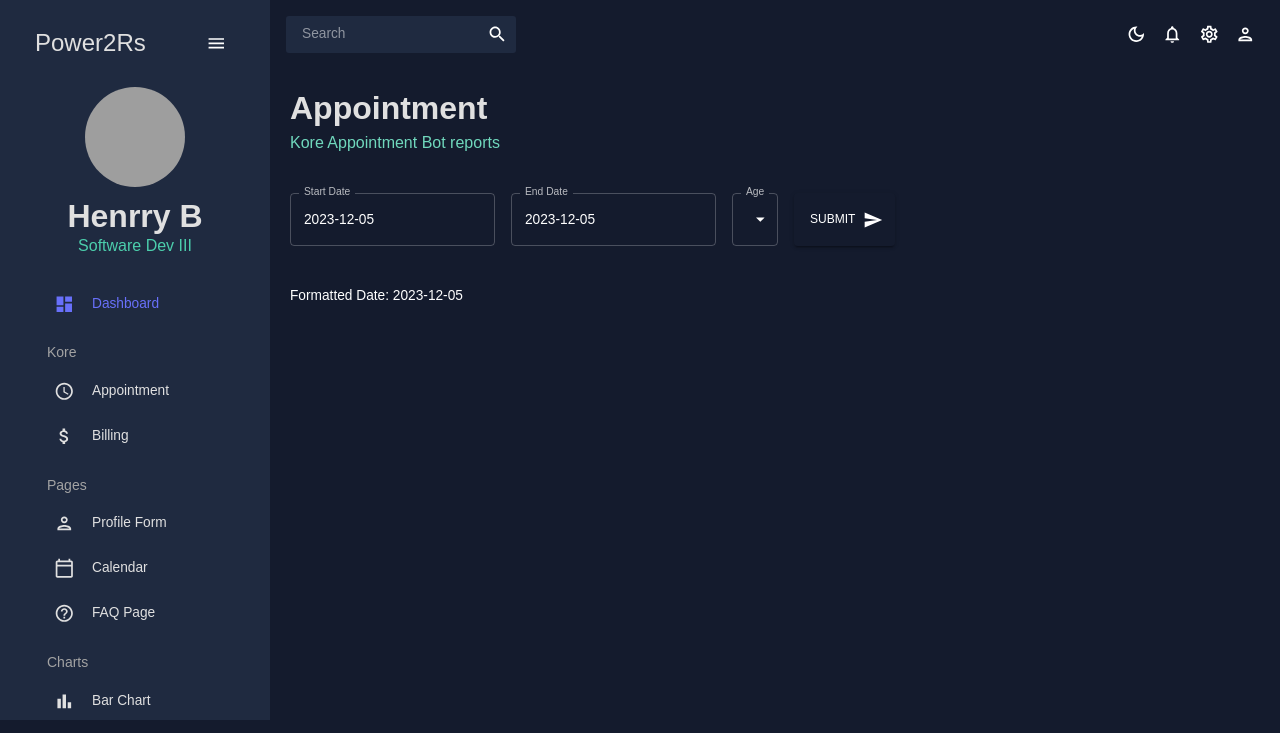
Repository: HenrryWith2Rs/reporthub
Page: /kore/appt (app in ui/)
The author's editor kept a copy of each file at every save. The page is drawn from the files as they stood at one save, then again after the next save.
The browser window is 1280 px wide. The pictures show the whole page.
Pictures or frames that could not be fetched are drawn as grey boxes. The project was rebuilt for these pictures with package versions that can differ from the ones it lists, and the page was loaded fresh each time. Also part of the build but not shown: ui/vite.config.ts, ui/src/data/mockData.ts, ui/src/components/LineChart.tsx, ui/src/data/mockGeoFeatures.ts, ui/src/components/GeographyChart.tsx, ui/src/data/dataParser.ts, ui/src/components/BarChart.tsx, ui/src/components/ProgressCircle.tsx and 7 more.

Above is the page before, as saved 2023-12-06 19:11:29.

### ui/src/main.tsx
import React from 'react';
import ReactDOM from 'react-dom/client';
import { BrowserRouter } from 'react-router-dom';
import App from './App.tsx';
import './index.css';
import { LocalizationProvider } from '@mui/x-date-pickers';
import { AdapterDateFns } from '@mui/x-date-pickers/AdapterDateFns';
import { QueryClient, QueryClientProvider } from '@tanstack/react-query';
// import {ReactQueryDevtools} from "@tanstack/react-query-devtools"

const queryClient = new QueryClient();

ReactDOM.createRoot(document.getElementById('root')!).render(
  <React.StrictMode>
    <LocalizationProvider dateAdapter={AdapterDateFns}>
      <BrowserRouter>
        <QueryClientProvider client={queryClient}>
          <App />
        </QueryClientProvider>
      </BrowserRouter>
    </LocalizationProvider>
  </React.StrictMode>
);

### ui/src/App.tsx
import { Routes, Route } from 'react-router-dom';
import ThemeRegistry from './ThemeRegistry/ThemeRegistry';
import Topbar from './scenes/global/Topbar';
import Sidebar from './scenes/global/Sidebar';
import Dashboard from './scenes/dashboard';
import Appointment from './scenes/appointment';
import Bar from './scenes/bar';
import Pie from './scenes/pie';
import Line from './scenes/line';
import Geography from './scenes/geography';

function App() {
  return (
    <ThemeRegistry>
      <div className="app">
        <Sidebar />
        <main className="content">
          <Topbar />
          <Routes>
            <Route path="/" element={<Dashboard />} />
            <Route path="/kore/appt" element={<Appointment />} />
            <Route path="/bar" element={<Bar />} />
            <Route path="/pie" element={<Pie />} />
            <Route path="/line" element={<Line />} />
            <Route path="/geography" element={<Geography />} />
          </Routes>
        </main>
      </div>
    </ThemeRegistry>
  );
}

export default App;

### ui/src/index.css
@import url('https://fonts.googleapis.com/css2?family=Poppins:wght@300;400;500;600&family=Source+Code+Pro:wght@400;600;700&display=swap');

html,
body,
#root,
.app,
.content {
  height: 100%;
  width: 100%;
  font-family: 'Source Sans Pro', sans-serif;
}

.app {
  display: flex;
  position: relative;
}

::-webkit-scrollbar {
  width: 10px;
}

/* Track */
::-webkit-scrollbar-track {
  background: #e0e0e0;
}

/* Handle */
::-webkit-scrollbar-thumb {
  background: #888;
}

/* Handle on hover */
::-webkit-scrollbar-thumb:hover {
  background: #555;
}

### ui/src/ThemeRegistry/ThemeRegistry.tsx
import { ThemeProvider, CssBaseline } from '@mui/material';
import { ColorModeContext, useMode } from './theme';

export default function ThemeRegistry({
  children,
}: {
  children: React.ReactNode;
}) {
  const [theme, colorMode] = useMode();
  return (
    <ColorModeContext.Provider value={colorMode}>
      <ThemeProvider theme={theme}>
        {/* CssBaseline kickstart an elegant, consistent, and simple baseline to build upon. */}
        <CssBaseline />
        {children}
      </ThemeProvider>
    </ColorModeContext.Provider>
  );
}

### ui/src/scenes/global/Topbar.tsx
import { Box, IconButton, useTheme } from '@mui/material';
import { useContext } from 'react';
import { ColorModeContext, tokens } from '../../ThemeRegistry/theme';
import InputBase from '@mui/material/InputBase';
import LightModeOutlinedIcon from '@mui/icons-material/LightModeOutlined';
import DarkModeOutlinedIcon from '@mui/icons-material/DarkModeOutlined';
import NotificationsOutlinedIcon from '@mui/icons-material/NotificationsOutlined';
import SettingsOutlinedIcon from '@mui/icons-material/SettingsOutlined';
import PersonOutlinedIcon from '@mui/icons-material/PersonOutlined';
import SearchIcon from '@mui/icons-material/Search';

const Topbar = () => {
  const theme = useTheme();
  const colors = tokens(theme.palette.mode);
  const colorMode = useContext(ColorModeContext);

  return (
    <Box display="flex" justifyContent="space-between" p={2}>
      {/* SEARCH BAR */}
      <Box
        sx={{
          display: 'flex',
          backgroundColor: colors.primary[400],
          borderRadius: '3px',
        }}
      >
        <InputBase sx={{ ml: 2, flex: 1 }} placeholder="Search" />
        <IconButton type="button" sx={{ p: 1 }}>
          <SearchIcon />
        </IconButton>
      </Box>

      {/* ICONS */}
      <Box display="flex">
        <IconButton onClick={colorMode.toggleColorMode}>
          {theme.palette.mode === 'dark' ? (
            <DarkModeOutlinedIcon />
          ) : (
            <LightModeOutlinedIcon />
          )}
        </IconButton>
        <IconButton>
          <NotificationsOutlinedIcon />
        </IconButton>
        <IconButton>
          <SettingsOutlinedIcon />
        </IconButton>
        <IconButton>
          <PersonOutlinedIcon />
        </IconButton>
      </Box>
    </Box>
  );
};

export default Topbar;

### ui/src/scenes/global/Sidebar.tsx
import { useState } from 'react';
import { ProSidebar, Menu, MenuItem } from 'react-pro-sidebar';
import { Box, IconButton, Typography, useTheme } from '@mui/material';
import { Link } from 'react-router-dom';
import 'react-pro-sidebar/dist/css/styles.css';
import { tokens } from '../../ThemeRegistry/theme';
import DashboardIcon from '@mui/icons-material/Dashboard';
import AccessTimeIcon from '@mui/icons-material/AccessTime';
import AttachMoneyIcon from '@mui/icons-material/AttachMoney';

import PersonOutlinedIcon from '@mui/icons-material/PersonOutlined';
import CalendarTodayOutlinedIcon from '@mui/icons-material/CalendarTodayOutlined';
import HelpOutlineOutlinedIcon from '@mui/icons-material/HelpOutlineOutlined';
import BarChartOutlinedIcon from '@mui/icons-material/BarChartOutlined';
import PieChartOutlineOutlinedIcon from '@mui/icons-material/PieChartOutlineOutlined';
import TimelineOutlinedIcon from '@mui/icons-material/TimelineOutlined';
import MenuOutlinedIcon from '@mui/icons-material/MenuOutlined';
import MapOutlinedIcon from '@mui/icons-material/MapOutlined';

type ItemProps = {
  title: string;
  to: string;
  icon: JSX.Element;
  selected: string;
  setSelected: React.Dispatch<React.SetStateAction<string>>;
};

const Item: React.FC<ItemProps> = ({
  title,
  to,
  icon,
  selected,
  setSelected,
}) => {
  const theme = useTheme();
  const colors = tokens(theme.palette.mode);
  return (
    <MenuItem
      active={selected === title}
      style={{
        color: colors.grey[100],
      }}
      onClick={() => setSelected(title)}
      icon={icon}
    >
      <Typography>{title}</Typography>
      <Link to={to} />
    </MenuItem>
  );
};

const Sidebar = () => {
  const theme = useTheme();
  const colors = tokens(theme.palette.mode);
  const [isCollapsed, setIsCollapsed] = useState(false);
  const [selected, setSelected] = useState('Dashboard');

  return (
    <Box
      sx={{
        '& .pro-sidebar-inner': {
          background: `${colors.primary[400]} !important`,
        },
        '& .pro-icon-wrapper': {
          backgroundColor: 'transparent !important',
        },
        '& .pro-inner-item': {
          padding: '5px 35px 5px 20px !important',
        },
        '& .pro-inner-item:hover': {
          color: '#868dfb !important',
        },
        '& .pro-menu-item.active': {
          color: '#6870fa !important',
        },
      }}
    >
      <ProSidebar collapsed={isCollapsed}>
        <Menu iconShape="square">
          {/* LOGO AND MENU ICON */}
          <MenuItem
            onClick={() => setIsCollapsed(!isCollapsed)}
            icon={isCollapsed ? <MenuOutlinedIcon /> : undefined}
            style={{
              margin: '10px 0 20px 0',
              color: colors.grey[100],
            }}
          >
            {!isCollapsed && (
              <Box
                display="flex"
                justifyContent="space-between"
                alignItems="center"
                ml="15px"
              >
                <Typography variant="h3" color={colors.grey[100]}>
                  Power2Rs
                </Typography>
                <IconButton onClick={() => setIsCollapsed(!isCollapsed)}>
                  <MenuOutlinedIcon />
                </IconButton>
              </Box>
            )}
          </MenuItem>

          {!isCollapsed && (
            <Box mb="25px">
              <Box display="flex" justifyContent="center" alignItems="center">
                <img
                  alt="profile-user"
                  width="100px"
                  height="100px"
                  src={`../../assets/me.png`}
                  style={{ cursor: 'pointer', borderRadius: '50%' }}
                />
              </Box>
              <Box textAlign="center">
                <Typography
                  variant="h2"
                  color={colors.grey[100]}
                  fontWeight="bold"
                  sx={{ m: '10px 0 0 0' }}
                >
                  Henrry B
                </Typography>
                <Typography variant="h5" color={colors.greenAccent[500]}>
                  Software Dev III
                </Typography>
              </Box>
            </Box>
          )}

          <Box paddingLeft={isCollapsed ? undefined : '10%'}>
            <Item
              title="Dashboard"
              to="/"
              icon={<DashboardIcon />}
              selected={selected}
              setSelected={setSelected}
            />

            <Typography
              variant="h6"
              color={colors.grey[300]}
              sx={{ m: '15px 0 5px 20px' }}
            >
              Kore
            </Typography>
            <Item
              title="Appointment"
              to="/kore/appt"
              icon={<AccessTimeIcon />}
              selected={selected}
              setSelected={setSelected}
            />
            <Item
              title="Billing"
              to="/kore/bill"
              icon={<AttachMoneyIcon />}
              selected={selected}
              setSelected={setSelected}
            />

            <Typography
              variant="h6"
              color={colors.grey[300]}
              sx={{ m: '15px 0 5px 20px' }}
            >
              Pages
            </Typography>
            <Item
              title="Profile Form"
              to="/form"
              icon={<PersonOutlinedIcon />}
              selected={selected}
              setSelected={setSelected}
            />
            <Item
              title="Calendar"
              to="/calendar"
              icon={<CalendarTodayOutlinedIcon />}
              selected={selected}
              setSelected={setSelected}
            />
            <Item
              title="FAQ Page"
              to="/faq"
              icon={<HelpOutlineOutlinedIcon />}
              selected={selected}
              setSelected={setSelected}
            />

            <Typography
              variant="h6"
              color={colors.grey[300]}
              sx={{ m: '15px 0 5px 20px' }}
            >
              Charts
            </Typography>
            <Item
              title="Bar Chart"
              to="/bar"
              icon={<BarChartOutlinedIcon />}
              selected={selected}
              setSelected={setSelected}
            />
            <Item
              title="Pie Chart"
              to="/pie"
              icon={<PieChartOutlineOutlinedIcon />}
              selected={selected}
              setSelected={setSelected}
            />
            <Item
              title="Line Chart"
              to="/line"
              icon={<TimelineOutlinedIcon />}
              selected={selected}
              setSelected={setSelected}
            />
            <Item
              title="Geography Chart"
              to="/geography"
              icon={<MapOutlinedIcon />}
              selected={selected}
              setSelected={setSelected}
            />
          </Box>
        </Menu>
      </ProSidebar>
    </Box>
  );
};

export default Sidebar;

### ui/src/scenes/appointment/index.tsx
import { useState } from 'react';
import { useTheme, Box, Stack, Button } from '@mui/material';
import { tokens } from '../../ThemeRegistry/theme';
import Header from '../../components/Header';
import SendIcon from '@mui/icons-material/Send';
import { DatePicker } from '@mui/x-date-pickers/DatePicker';
import { format } from 'date-fns';
import {
  FormControl,
  FormLabel,
  FormControlLabel,
  RadioGroup,
  Radio,
} from '@mui/material';
import InputLabel from '@mui/material/InputLabel';
import MenuItem from '@mui/material/MenuItem';
import Select, { SelectChangeEvent } from '@mui/material/Select';
import { getLastNDays } from '../../utils/dateUtils';

const Appointment = () => {
  const theme = useTheme();
  const colors = tokens(theme.palette.mode);

  const [dateStart, setDateStart] = useState<Date | null>(new Date());
  const [dateEnd, setDateEnd] = useState<Date | null>(new Date());
  const [reportType, setReportType] = useState<string>('detailed');

  // const handleRadioChange = (event: React.ChangeEvent<HTMLInputElement>) => {
  //   setReportType(event.target.value);
  // };

  const handleSelectChange = (event: SelectChangeEvent) => {
    setReportType(event.target.value as string);
  };

  return (
    <Box m="20px">
      <Header title="Appointment" subtitle="Kore Appointment Bot reports" />
      <Box m="40px 0 0 0" height="75vh">
        <Stack direction="row" spacing={2}>
          <DatePicker
            label="Start Date"
            format="yyyy-MM-dd"
            value={dateStart}
            onChange={(newValue) => setDateStart(newValue)}
          />
          <DatePicker
            label="End Date"
            format="yyyy-MM-dd"
            value={dateEnd}
            onChange={(newValue) => setDateEnd(newValue)}
          />
          {/* <FormControl>
            <FormLabel>Report Type</FormLabel>
            <RadioGroup
              row
              name="row-radio-buttons-group"
              value={reportType}
              onChange={handleRadioChange}
            >
              <FormControlLabel
                value="detailed"
                control={<Radio color="success" />}
                label="detailed"
              />
              <FormControlLabel
                value="summary"
                control={<Radio color="success" />}
                label="summary"
              />
            </RadioGroup>
          </FormControl> */}
          <FormControl>
            <InputLabel id="demo-simple-select-label">Age</InputLabel>
            <Select
              labelId="demo-simple-select-label"
              id="demo-simple-select"
              value={reportType}
              label="Report"
              onChange={handleSelectChange}
            >
              <MenuItem value={10}>Ten</MenuItem>
              <MenuItem value={20}>Twenty</MenuItem>
              <MenuItem value={30}>Thirty</MenuItem>
            </Select>
          </FormControl>
          <Button variant="contained" endIcon={<SendIcon />}>
            Submit
          </Button>
        </Stack>
        <Box m="40px 0 0 0" height="10vh">
          {dateStart && (
            <div>Formatted Date: {format(dateStart, 'yyyy-MM-dd')}</div>
          )}
        </Box>
      </Box>
    </Box>
  );
};

export default Appointment;

### ui/src/ThemeRegistry/theme.ts
import { createContext, useState, useMemo } from 'react';
import { Theme, createTheme } from '@mui/material/styles';

type Mode = 'dark' | 'light';

// color design tokens export
export const tokens = (mode: Mode) => ({
  ...(mode === 'dark'
    ? {
        grey: {
          100: '#e0e0e0',
          200: '#c2c2c2',
          300: '#a3a3a3',
          400: '#858585',
          500: '#666666',
          600: '#525252',
          700: '#3d3d3d',
          800: '#292929',
          900: '#141414',
        },
        primary: {
          100: '#d0d1d5',
          200: '#a1a4ab',
          300: '#727681',
          400: '#1F2A40',
          500: '#141b2d',
          600: '#101624',
          700: '#0c101b',
          800: '#080b12',
          900: '#040509',
        },
        greenAccent: {
          100: '#dbf5ee',
          200: '#b7ebde',
          300: '#94e2cd',
          400: '#70d8bd',
          500: '#4cceac',
          600: '#3da58a',
          700: '#2e7c67',
          800: '#1e5245',
          900: '#0f2922',
        },
        redAccent: {
          100: '#f8dcdb',
          200: '#f1b9b7',
          300: '#e99592',
          400: '#e2726e',
          500: '#db4f4a',
          600: '#af3f3b',
          700: '#832f2c',
          800: '#58201e',
          900: '#2c100f',
        },
        blueAccent: {
          100: '#e1e2fe',
          200: '#c3c6fd',
          300: '#a4a9fc',
          400: '#868dfb',
          500: '#6870fa',
          600: '#535ac8',
          700: '#3e4396',
          800: '#2a2d64',
          900: '#151632',
        },
      }
    : {
        grey: {
          100: '#141414',
          200: '#292929',
          300: '#3d3d3d',
          400: '#525252',
          500: '#666666',
          600: '#858585',
          700: '#a3a3a3',
          800: '#c2c2c2',
          900: '#e0e0e0',
        },
        primary: {
          100: '#040509',
          200: '#080b12',
          300: '#0c101b',
          400: '#f2f0f0', // manually changed
          500: '#141b2d',
          600: '#1F2A40',
          700: '#727681',
          800: '#a1a4ab',
          900: '#d0d1d5',
        },
        greenAccent: {
          100: '#0f2922',
          200: '#1e5245',
          300: '#2e7c67',
          400: '#3da58a',
          500: '#4cceac',
          600: '#70d8bd',
          700: '#94e2cd',
          800: '#b7ebde',
          900: '#dbf5ee',
        },
        redAccent: {
          100: '#2c100f',
          200: '#58201e',
          300: '#832f2c',
          400: '#af3f3b',
          500: '#db4f4a',
          600: '#e2726e',
          700: '#e99592',
          800: '#f1b9b7',
          900: '#f8dcdb',
        },
        blueAccent: {
          100: '#151632',
          200: '#2a2d64',
          300: '#3e4396',
          400: '#535ac8',
          500: '#6870fa',
          600: '#868dfb',
          700: '#a4a9fc',
          800: '#c3c6fd',
          900: '#e1e2fe',
        },
      }),
});

// mui theme settings
export const themeSettings = (mode: Mode) => {
  const colors = tokens(mode);
  return {
    palette: {
      mode: mode,
      ...(mode === 'dark'
        ? {
            // palette values for dark mode
            primary: {
              main: colors.primary[500],
            },
            secondary: {
              main: colors.greenAccent[500],
            },
            neutral: {
              dark: colors.grey[700],
              main: colors.grey[500],
              light: colors.grey[100],
            },
            background: {
              default: colors.primary[500],
            },
          }
        : {
            // palette values for light mode
            primary: {
              main: colors.primary[100],
            },
            secondary: {
              main: colors.greenAccent[500],
            },
            neutral: {
              dark: colors.grey[700],
              main: colors.grey[500],
              light: colors.grey[100],
            },
            background: {
              default: '#fcfcfc',
            },
          }),
    },
    typography: {
      fontFamily: ['Source Sans Pro', 'sans-serif'].join(','),
      fontSize: 12,
      h1: {
        fontFamily: ['Source Sans Pro', 'sans-serif'].join(','),
        fontSize: 40,
      },
      h2: {
        fontFamily: ['Source Sans Pro', 'sans-serif'].join(','),
        fontSize: 32,
      },
      h3: {
        fontFamily: ['Source Sans Pro', 'sans-serif'].join(','),
        fontSize: 24,
      },
      h4: {
        fontFamily: ['Source Sans Pro', 'sans-serif'].join(','),
        fontSize: 20,
      },
      h5: {
        fontFamily: ['Source Sans Pro', 'sans-serif'].join(','),
        fontSize: 16,
      },
      h6: {
        fontFamily: ['Source Sans Pro', 'sans-serif'].join(','),
        fontSize: 14,
      },
    },
  };
};

// context for color mode
export const ColorModeContext = createContext({
  toggleColorMode: () => {},
});

export const useMode = (): [Theme, { toggleColorMode: () => void }] => {
  const [mode, setMode] = useState<Mode>('dark');

  const colorMode = useMemo(
    () => ({
      toggleColorMode: () =>
        setMode((prev) => (prev === 'light' ? 'dark' : 'light')),
    }),
    []
  );

  const theme = useMemo(() => createTheme(themeSettings(mode)), [mode]);
  return [theme, colorMode];
};

### ui/src/components/Header.tsx
import { Typography, Box, useTheme } from '@mui/material';
import { tokens } from '../ThemeRegistry/theme';

type HeaderProps = {
  title: string;
  subtitle: string;
};

const Header = ({ title, subtitle }: HeaderProps) => {
  const theme = useTheme();
  const colors = tokens(theme.palette.mode);
  return (
    <Box mb="30px">
      <Typography
        variant="h2"
        color={colors.grey[100]}
        fontWeight="bold"
        sx={{ m: '0 0 5px 0' }}
      >
        {title}
      </Typography>
      <Typography variant="h5" color={colors.greenAccent[400]}>
        {subtitle}
      </Typography>
    </Box>
  );
};

export default Header;

Loaded but not shown: ui/index.html (common file)

After the next save:
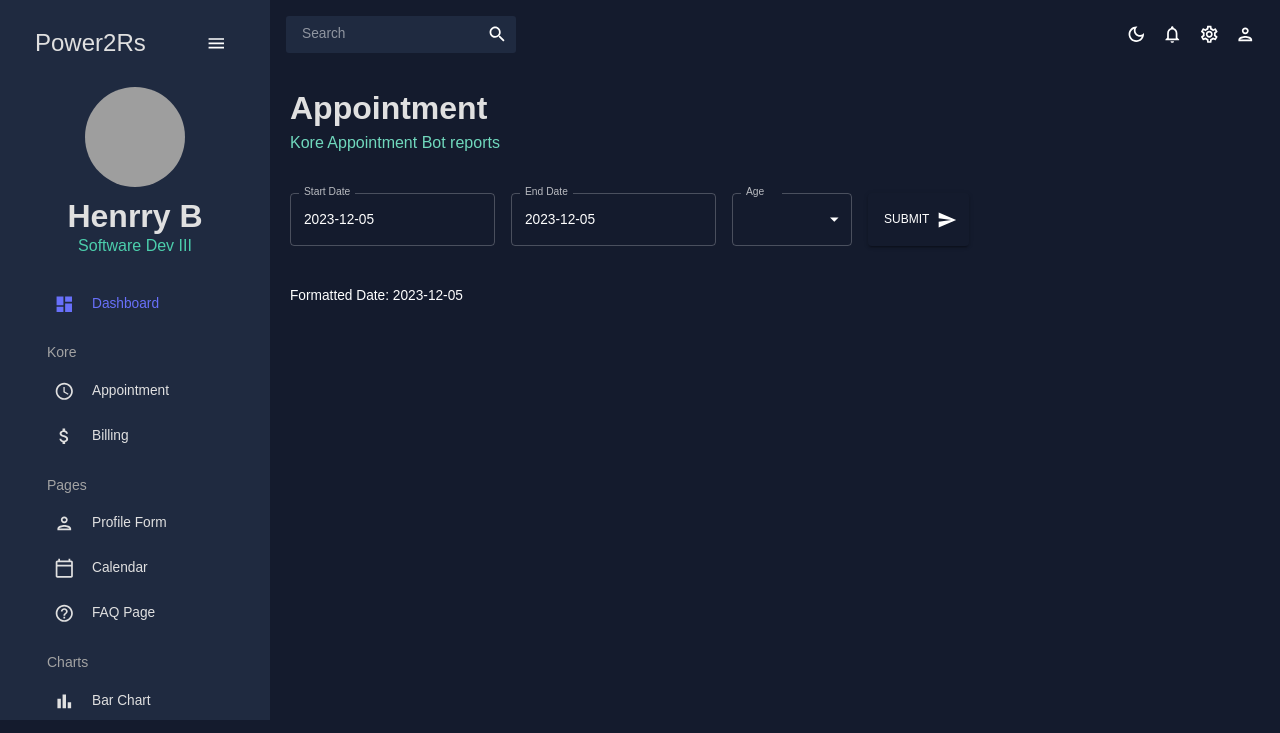
Saved 51 s later.
--- a/ui/src/scenes/appointment/index.tsx
+++ b/ui/src/scenes/appointment/index.tsx
@@ -70,7 +70,7 @@ const Appointment = () => {
               />
             </RadioGroup>
           </FormControl> */}
-          <FormControl>
+          <FormControl sx={{ minWidth: 120 }}>
             <InputLabel id="demo-simple-select-label">Age</InputLabel>
             <Select
               labelId="demo-simple-select-label"
